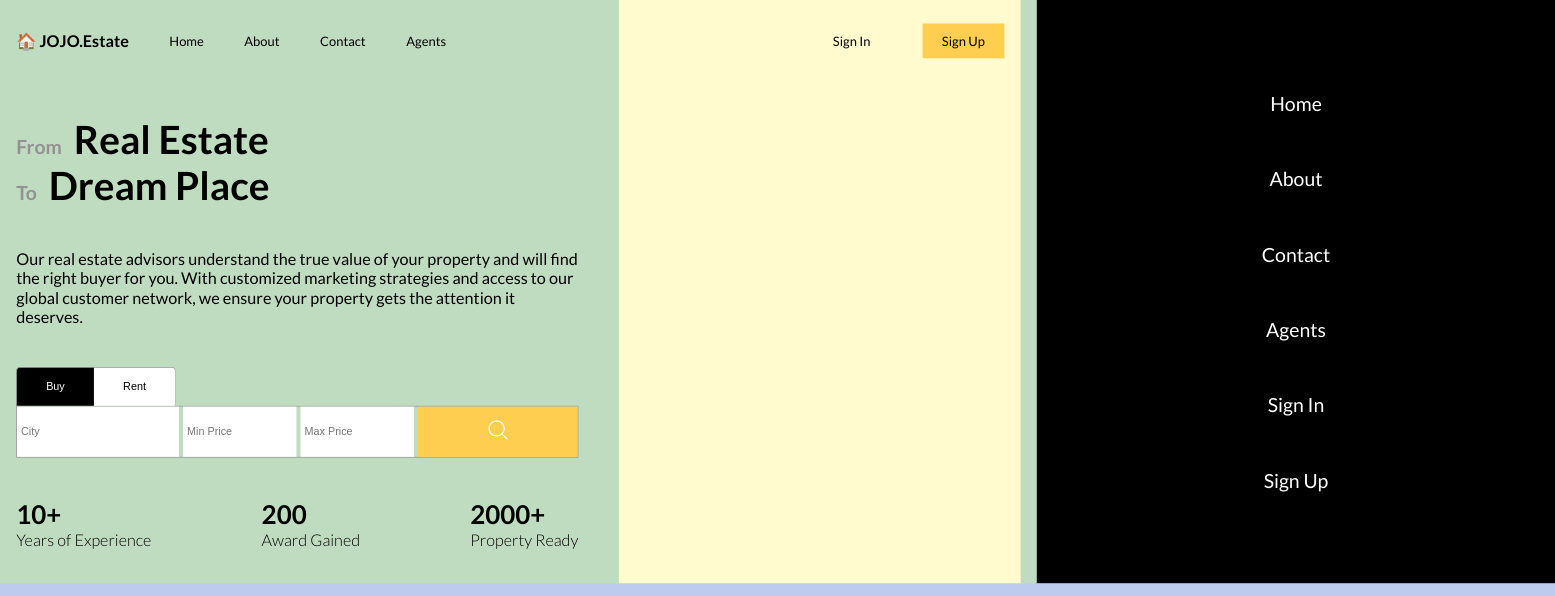
Repository: AiTrinh303/JOJO-estate
Page: /
An editor plug-in stored every save of this project. The page is shown before and after the next save, followed by the edit.
The browser window is 1280 px wide. The page is 1920 px wide, so the pictures cover 1920 px, including what lies to the right of the window. The pictures show the whole page, at 81% of full size.
The page's requests for data from a server got no answer. The project was rebuilt for these pictures with package versions that can differ from the ones it lists, and the page was loaded fresh each time. No one was signed in, and anything a server would have sent is missing. Also part of the build but not shown: vite.config.js, src/routes/listPage/listPage.scss, src/components/filter/filter.scss, src/components/filter/Filter.jsx, src/components/card/card.scss, src/components/card/Card.jsx, src/components/map/map.scss, src/components/pin/pin.scss and 21 more. Imported but missing from the stored project, and not drawn on this page: src/components/uploadWidget/UploadWidget.

Above is the page before, as saved 2024-08-06 21:50:09.

After the next save:
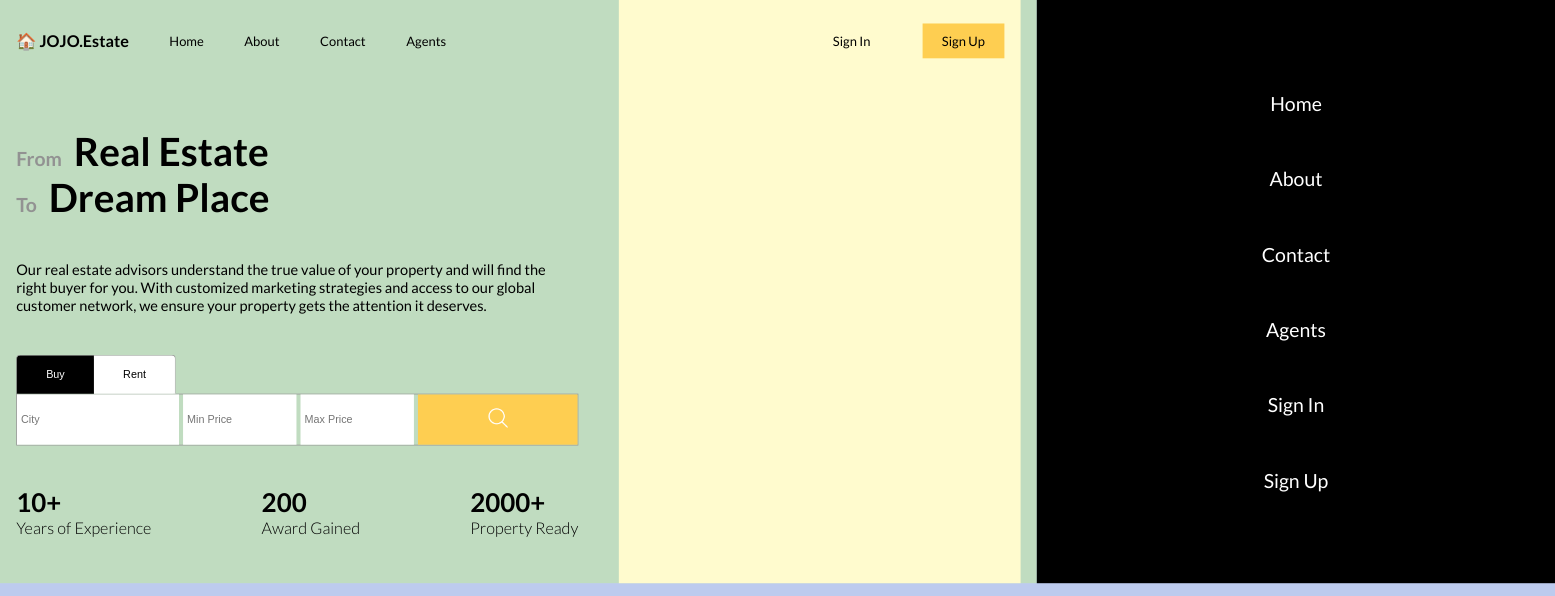
Saved 5 s later.
--- a/src/routes/homePage/homePage.scss
+++ b/src/routes/homePage/homePage.scss
@@ -44,7 +44,7 @@
         }
       }
       p {
-        font-size: 20px;
+        font-size: 18px;
       }
 
       .boxes {
